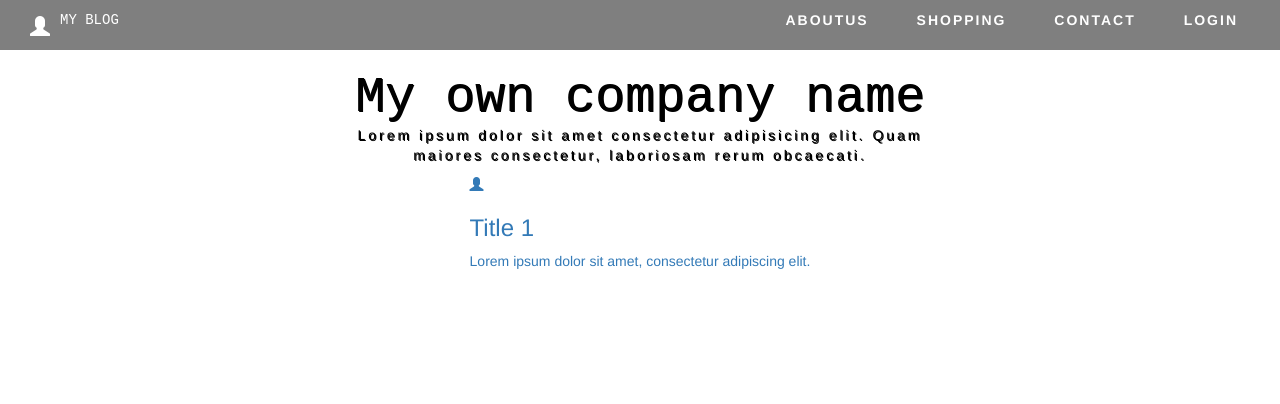
Repository: alikahwaji/HTML-CSS
Page: index.html
An editor plug-in stored every save of this project. The page is shown before and after the next save, followed by the edit.
The browser window is 1280 px wide. The pictures show the whole page.

Above is the page before, as saved 2019-10-07 15:00:56.

After the next save:
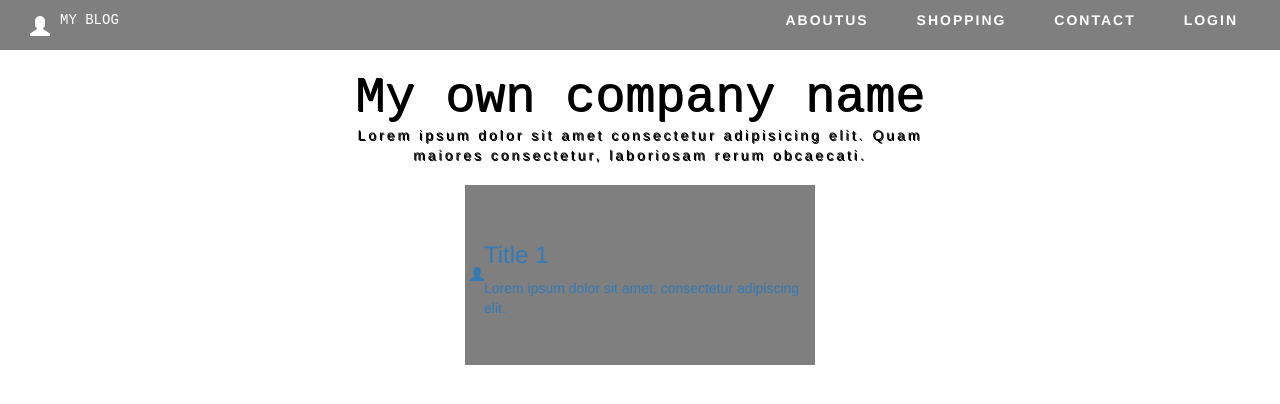
Saved 7 min 30 s later.
--- a/style.css
+++ b/style.css
@@ -71,3 +71,16 @@ nav li a:hover{
   align-items: flex-end;
   max-width: 80vw;
 }
+
+.box {
+  background: rgba(0, 0, 0, 0.5);
+  margin: 1rem;
+  padding: .5rem;
+  display: flex;
+  justify-items: space-between;
+  align-items: center;
+  max-width: 350px;
+  max-height: 180px;
+  min-height: 180px;
+  transition: all 250ms ease-out;
+}
